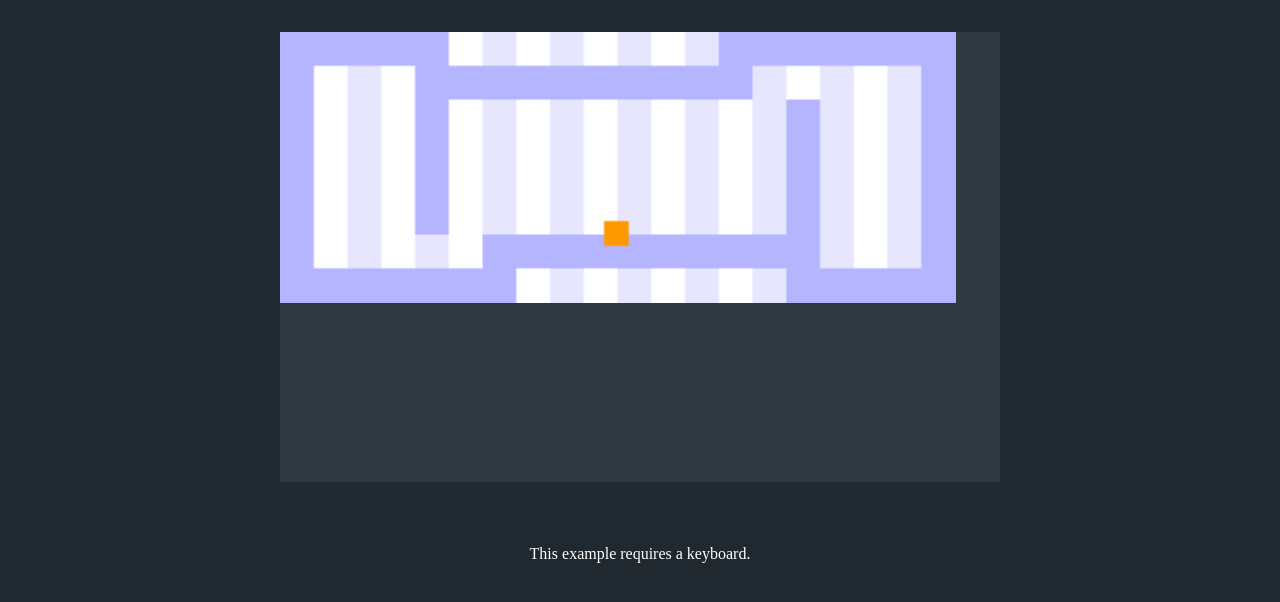
Repository: jh0l/WorldsHardestGame
Page: index.html
An editor plug-in stored every save of this project. The page is shown before and after the next save, followed by the edit.
The browser window is 1280 px wide. The pictures show the whole page.

Above is the page before, as saved 2018-07-19 01:07:01.

### index.html
<html>

<head>

	<meta name="viewport" content="width=device-width">
	<link href="src/index.css" rel="stylesheet" type="text/css">

	<title>PoP Vlog - Top Down Tiles</title>

</head>

<body>

	<canvas></canvas>

	<p>This example requires a keyboard.</p>

	<script src="src/index.js" type="text/javascript"></script>

</body>

</html>

### src/index.css
* {
  box-sizing: border-box;
  margin: 0;
  padding: 0;
}

html {
  height: 100%;
  width: 100%;
}

body {
  align-content: space-around;
  background-color: #202830;
  color: #ffffff;
  display: grid;
  grid-template-columns: auto;
  grid-template-rows: auto auto auto auto;
  height: 100%;
  justify-content: space-around;
  text-align: center;
  width: 100%;
}

canvas {
  background-color: #303840;
  justify-self: center;
}

### src/index.js
(function() {
  "use strict";

  var controller, display, game;

  controller = {
    down: false,
    left: false,
    right: false,
    up: false,

    keyUpDown: function(event) {
      var key_state = event.type == "keydown" ? true : false;

      switch (event.keyCode) {
        case 65:
          controller.left = key_state;
          break; // left key
        case 87:
          controller.up = key_state;
          break; // up key
        case 68:
          controller.right = key_state;
          break; // right key
        case 83:
          controller.down = key_state;
          break; // down key
      }
    }
  };
  const tileValColor = (val, index) => {
    if (val === '0') {
      return (index + game.world.columns) % 2 === 0 ? "#e6e6ff": "#fff";
    }
    return "#b4b5fe" ;
  };
  display = {
    buffer: document.createElement("canvas").getContext("2d"),
    context: document.querySelector("canvas").getContext("2d"),
    output: document.querySelector("p"),

    render: function() {
      for (let index = game.world.map.length - 1; index > -1; --index) {
        this.buffer.fillStyle = tileValColor(game.world.map[index], index);
        this.buffer.fillRect(
          (index % game.world.columns) * game.world.tile_size,
          Math.floor(index / game.world.columns) * game.world.tile_size,
          game.world.tile_size,
          game.world.tile_size
        );
      }

      this.buffer.fillStyle = game.player.color;
      this.buffer.fillRect(
        game.player.x,
        game.player.y,
        game.player.width,
        game.player.height
      );

      this.context.drawImage(
        this.buffer.canvas,
        0,
        0,
        this.buffer.canvas.width,
        this.buffer.canvas.height,
        0,
        0,
        this.context.canvas.width,
        this.context.canvas.height
      );
    },

    resize: function(event) {
      var client_height = document.documentElement.clientHeight;

      display.context.canvas.width = document.documentElement.clientWidth - 32;

      if (display.context.canvas.width > client_height) {
        display.context.canvas.width = client_height;
      }

      display.context.canvas.height = Math.floor(
        display.context.canvas.width * 0.625
      );

      display.render();
    }
  };
  const playerSize = 11;
  game = {
    /* This is the player object. Make sure to note that for this collision method
    to work, you must record the current and last positions of your game objects
    to use in collision detection. It is used to calculate the vector used to determine
    if an object is entering into a collision tile and from what side. */
    player: {
      color: "#ff9900",
      height: playerSize,
      old_x: 160, // these are what you should take note of. Don't worry, it's useful
      old_y: 160, // to keep track of old positions for many physics methods. These aren't one trick pony's.
      speed: 3,
      velocity_x: 0,
      velocity_y: 0,
      width: playerSize,
      x: 160 - 16,
      y: 100 - 16,

      // These functions just make it easy to read the collision code
      get bottom() {
        return this.y + this.height;
      },
      get oldBottom() {
        return this.old_y + this.height;
      },
      get left() {
        return this.x;
      }, // kind of pointless, but used
      get oldLeft() {
        return this.old_x;
      }, // to help visualize the collision methods
      get right() {
        return this.x + this.width;
      },
      get oldRight() {
        return this.old_x + this.width;
      },
      get top() {
        return this.y;
      }, // equally pointless as left side calculations
      get oldTop() {
        return this.old_y;
      }
    },

    world: {
      map: []
      // the routing functions below with matching numbers

      // represent these tiles and route their values to
      // the collision methods you might expect based on their names
    },

    /* This object is responsible for getting the collision methods that match
    tile values in the map. It uses what I call routing functions to group reusable
    narrow phase collision methods together to create a variety of different tile
    boundary shapes. You can get the same effect with an array of routing functions rather
    than giving an object's routing functions numeric indexes, if you prefer. It might be faster. */
    collision: {
      // top wall collision tile
      1: function(object, row, column) {
        // The player hits the bottom of ceiling tiles.
        this.bottomCollision(object, row);
      },

      // left wall collision tile
      2: function(object, row, column) {
        this.rightCollision(object, column);
      },

      // right wall collision tile
      3: function(object, row, column) {
        // The player collides with the left side of a wall on the right of the map.
        this.leftCollision(object, column); // Confusing to visualize, but true.
      },

      // bottom wall collision tile
      4: function(object, row, column) {
        this.topCollision(object, row);
      },

      // block tile with four walls
      5: function(object, row, column) {
        /* It makes sense to test the most likely side to be collided with first.
        In a top down game, all sides are hit about the same number of times, depending
        on gameplay, but in a side scroller with downward pulling gravity, the tops of
        tiles will usually get the most traffic, so it makes sense to test the tops
        first in those scenarios. */
        if (this.topCollision(object, row)) {
          return;
        } // Make sure to early out
        if (this.leftCollision(object, column)) {
          return;
        } // if a collision is detected.
        if (this.rightCollision(object, column)) {
          return;
        }
        this.bottomCollision(object, row); // No need to early out on the last check.
      },
      // left and right only
      6: function(object, row, column) {
        if (this.leftCollision(object, column)) {
          return;
        }
        this.rightCollision(object, column);
      },
      // left, right and bottom only
      7: function(object, row, column) {
        if (this.leftCollision(object, column)) {
          return;
        }
        if (this.rightCollision(object, column)) {
          return;
        }
        this.bottomCollision(object, row); // No need to early out on the last check.
      },
      //left right and top only
      8: function(object, row, column) {
        if (this.leftCollision(object, column)) {
          return;
        }
        if (this.rightCollision(object, column)) {
          return;
        }
        this.topCollision(object, row); // No need to early out on the last check.
      },
      //left and top
      9: function(object, row, column) {
        if (this.leftCollision(object, column)) {
          return;
        }
        this.topCollision(object, row); // No need to early out on the last check.
      },
      //bottom and right
      a: function(object, row, column) {
        if (this.rightCollision(object, column)) {
          return;
        }
        this.bottomCollision(object, row); // No need to early out on the last check.
      },

      /* Here are the narrow phase collision detection and response functions.
      For a deeper insight into how these work, and what's going on, I'm using
      leftCollision as an example. The principles I explain here apply to all
      of the other narrow phase collision methods. Note that they're basically
      doing the same thing, just for different flat sides of a tile. */
      leftCollision(object, column) {
        /* To calculate the player's movement vector, I'm no longer using its velocity (like in the last tutorial).
        Instead, I'm going to calculate it based on it's current and last positions.
        the old way was if (object.velocity_x > 0), now it's if (object.x - object.old_x > 0).
        This is a bit more reliable in my opinion, depending on how and when you calculate your velocity. */

        /* If the object is not moving right, how will it ENTER into the left side of a tile?
        If not moving right, the player can't possibly ENTER the left side of a tile.
        We are only concerned with resolving collisions objects ENTER into. If they are spawned
        inside a collision tile, it is not the collision manager's job to resolve that, it is
        the level designer's job to fix the level design so collision can be as efficient as possible. */
        if (object.x - object.old_x > 0) {
          // the left side of the specified tile column
          var left = column * game.world.tile_size;

          /* This tests to see if our object is ENTERING through the collision boundary
          along the correct movement vector. If its current position is past the boundary
          and its old position is before the boundary, we know that it has entered into collision with the tile. */
          if (object.right > left && object.oldRight <= left) {
            object.velocity_x = 0;
            object.x = object.old_x = left - object.width - 0.001;
            /* You really don't need to reset the player's old position here if you are
            setting it at the start of each game loop, but if you are using a fixed time step
            game loop with interpolation, it will make your collisions look more pixel perfect.
            The reason for this is because with interpolation, your player may be drawn slightly
            away from the wall he just collided with on the next frame of animation depending on
            how much time has passed. So, you don't need to do this, but it doesn't hurt. It may
            be a problem if you end up changing old positions for player to player collisions as well,
            however, because old positions are used to calculate vectors for tile collision.
            Just make sure changing old positions are the last thing you do before the next frame,
            and you should be fine. */

            return true;
          }
        }

        return false;
      },

      rightCollision(object, column) {
        if (object.x - object.old_x < 0) {
          // the right side of the specified tile column
          var right = (column + 1) * game.world.tile_size;

          if (object.left < right && object.oldLeft >= right) {
            object.velocity_x = 0;
            object.old_x = object.x = right;

            return true;
          }
        }

        return false;
      },

      bottomCollision(object, row) {
        // if the object is moving up
        if (object.y - object.old_y < 0) {
          var bottom = (row + 1) * game.world.tile_size;

          if (object.top < bottom && object.oldTop >= bottom) {
            object.velocity_y = 0;
            object.old_y = object.y = bottom;
          }
        }
      },

      topCollision(object, row) {
        // if the object is moving down
        if (object.y - object.old_y > 0) {
          // the top side of the specified tile row
          var top = row * game.world.tile_size;

          // if the object has passed through the tile boundary since the last game cycle
          if (object.bottom > top && object.oldBottom <= top) {
            object.velocity_y = 0;
            object.old_y = object.y = top - object.height - 0.01;

            return true;
          }
        }

        return false;
      }
    },

    // The game loop:
    loop: function() {
      // Get controller input and move that player object!
      if (controller.down) {
        game.player.velocity_y += game.player.speed;
      }

      if (controller.up) {
        game.player.velocity_y -= game.player.speed;
      }

      if (controller.left) {
        game.player.velocity_x -= game.player.speed;
      }

      if (controller.right) {
        game.player.velocity_x += game.player.speed;
      }

      // Update the player object:
      game.player.old_x = game.player.x; // Set the old position to the current position
      game.player.old_y = game.player.y; // before we update the current position, thus making it current

      game.player.x += game.player.velocity_x; // Update the current position
      game.player.y += game.player.velocity_y;

      // Do collision detection and response with the boundaries of the screen.
      // if (game.player.x < 0) {
      //   game.player.velocity_x = 0;
      //   game.player.old_x = game.player.x = 0;
      // } else if (
      //   game.player.x + game.player.width >
      //   display.buffer.canvas.width
      // ) {
      //   game.player.velocity_x = 0;
      //   game.player.old_x = game.player.x =
      //     display.buffer.canvas.width - game.player.width - 0.001;
      //   /* I added that - 0.001 to the equation to really push the player object back into
      //   the game world. If the edge of the world is 320 px, and you set the right edge of
      //   the player obect to 320, technically its tile position will be 1 tile to the right of
      //   the edge of the world when calculated. Say there are 10 columns in the map, and each
      //   tile is 32 pixels wide. 320/32 is 10, but since our map index starts at 0, a value of 10
      //   falls outside of the map's number of columns. Failing to handle this can result in
      //   testing collision on tiles in another row, or tiles at undefined positions in the map array.*/
      // }

      if (game.player.y < 0) {
        game.player.velocity_y = 0;
        game.player.old_y = game.player.y = 0;
      } else if (
        game.player.y + game.player.height >
        display.buffer.canvas.height
      ) {
        game.player.velocity_y = 0;
        game.player.old_y = game.player.y =
          display.buffer.canvas.height - game.player.height - 0.001;
      }

      /* Here is where we do broadphase collision detection with the four corners of
      our player object. This is very important. In the last tutorial the player only
      had 1 collision registration point. Collision was simple, then. Now, it's just as
      simple, but we need to do it for each corner of our player object. */

      /* Once again, there's no point of testing collision if we're not moving. depending
      on which direction we are moving we must test different collision registration points
      on our player. For instance, if he is moving left, we test the points on his left side: */
      if (game.player.x - game.player.old_x < 0) {
        // test collision on left side of player if moving left

        /* There are much more efficient ways to write this code without repeating
        variable names and this big monsterous block of if statements, but I thought it
        would be good to have specific variable names and less abstraction so you can
        get an idea of what's going on. */
        var left_column = Math.floor(game.player.left / game.world.tile_size);
        var bottom_row = Math.floor(game.player.bottom / game.world.tile_size);
        var value_at_index =
          game.world.map[bottom_row * game.world.columns + left_column];

        if (value_at_index != 0) {
          // Check the bottom left point

          game.collision[value_at_index](game.player, bottom_row, left_column);
          display.output.innerHTML =
            "last tile collided with: " + value_at_index;
        }

        var top_row = Math.floor(game.player.top / game.world.tile_size);
        value_at_index =
          game.world.map[top_row * game.world.columns + left_column];

        if (value_at_index != 0) {
          // Check the top left point

          game.collision[value_at_index](game.player, top_row, left_column);
          display.output.innerHTML =
            "last tile collided with: " + value_at_index;
        }
      } else if (game.player.x - game.player.old_x > 0) {
        // Is the player moving right?

        var right_column = Math.floor(game.player.right / game.world.tile_size);
        var bottom_row = Math.floor(game.player.bottom / game.world.tile_size);
        var value_at_index =
          game.world.map[bottom_row * game.world.columns + right_column];

        if (value_at_index != 0) {
          // Check the bottom right point

          game.collision[value_at_index](game.player, bottom_row, right_column);
          display.output.innerHTML =
            "last tile collided with: " + value_at_index;
        }

        var top_row = Math.floor(game.player.top / game.world.tile_size);
        value_at_index =
          game.world.map[top_row * game.world.columns + right_column];

        if (value_at_index != 0) {
          // Check the top right point

          game.collision[value_at_index](game.player, top_row, right_column);
          display.output.innerHTML =
            "last tile collided with: " + value_at_index;
        }
      }

      if (game.player.y - game.player.old_y < 0) {
        var left_column = Math.floor(game.player.left / game.world.tile_size);
        var top_row = Math.floor(game.player.top / game.world.tile_size);
        var value_at_index =
          game.world.map[top_row * game.world.columns + left_column];

        if (value_at_index != 0) {
          // Check the top left point

          game.collision[value_at_index](game.player, top_row, left_column);
          display.output.innerHTML =
            "last tile collided with: " + value_at_index;
        }

        var right_column = Math.floor(game.player.right / game.world.tile_size);
        value_at_index =
          game.world.map[top_row * game.world.columns + right_column];

        if (value_at_index != 0) {
          // Check the top right point

          game.collision[value_at_index](game.player, top_row, right_column);
          display.output.innerHTML =
            "last tile collided with: " + value_at_index;
        }
      } else if (game.player.y - game.player.old_y > 0) {
        var left_column = Math.floor(game.player.left / game.world.tile_size);
        var bottom_row = Math.floor(game.player.bottom / game.world.tile_size);
        var value_at_index =
          game.world.map[bottom_row * game.world.columns + left_column];

        if (value_at_index != 0) {
          // Check the bottom left point

          game.collision[value_at_index](game.player, bottom_row, left_column);
          display.output.innerHTML =
            "last tile collided with: " + value_at_index;
        }

        var right_column = Math.floor(game.player.right / game.world.tile_size);
        value_at_index =
          game.world.map[bottom_row * game.world.columns + right_column];

        if (value_at_index != 0) {
          // Check the bottom right point

          game.collision[value_at_index](game.player, bottom_row, right_column);
          display.output.innerHTML =
            "last tile collided with: " + value_at_index;
        }
      }

      game.player.velocity_x = 0;
      game.player.velocity_y = 0;

      display.render();

      window.requestAnimationFrame(game.loop);
    }
  };

  display.buffer.canvas.height = 200;
  display.buffer.canvas.width = 320;

  window.addEventListener("resize", display.resize);
  window.addEventListener("keydown", controller.keyUpDown);
  window.addEventListener("keyup", controller.keyUpDown);

  display.resize();
  // 1s are ceiling tiles
  // 2s and 3s are right and left wall tiles
  // 5 is a solid block/box tile
  // 4 is a floor tile
  const mapStr = `
11111000000001111111
2000311111111a000003
20006000000000080003
20006000000000060003
20006000000000060003
20007000000000060003
20000094444444420003
14444410000000014441
`;
  const map = mapStr
    .slice(1, -1)
    .replace(/\n/g, "")
    .split("");
  game.world = Object.assign(game.world, {
    columns: mapStr.split("\n")[1].length,
    rows: 5,
    tile_size: 15,
    map
  });
  game.loop();
})();

After the next save:
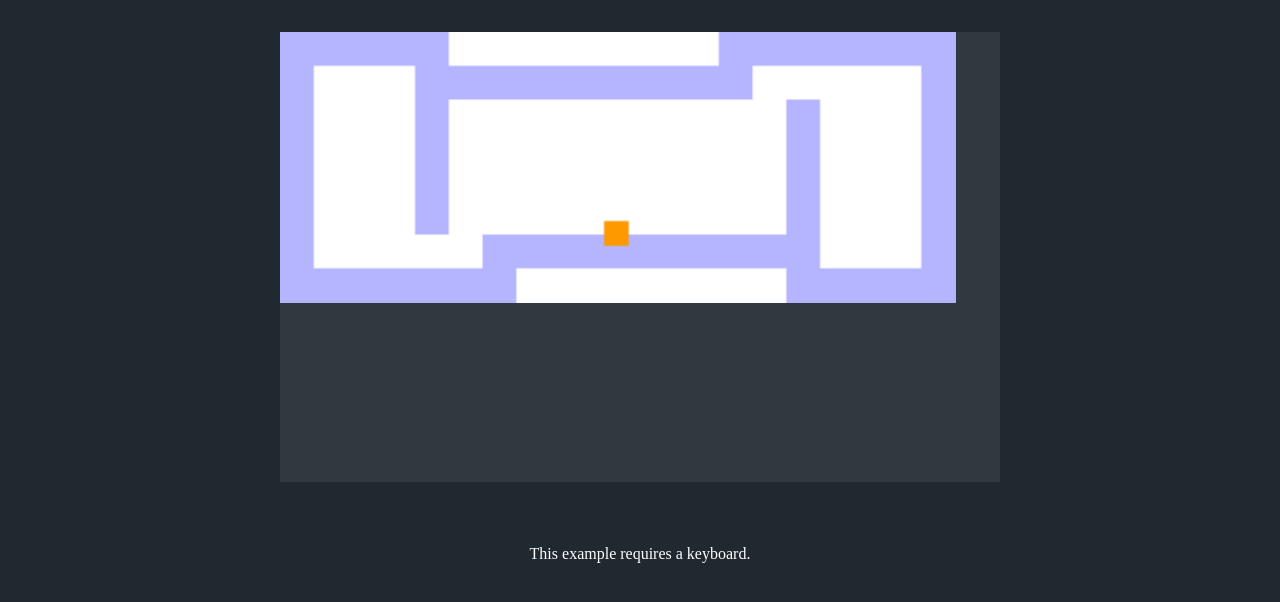
Saved 6 s later.
--- a/src/index.js
+++ b/src/index.js
@@ -30,7 +30,7 @@
   };
   const tileValColor = (val, index) => {
     if (val === '0') {
-      return (index + game.world.columns) % 2 === 0 ? "#e6e6ff": "#fff";
+      return (index / game.world.columns) % 2 === 0 ? "#e6e6ff": "#fff";
     }
     return "#b4b5fe" ;
   };
